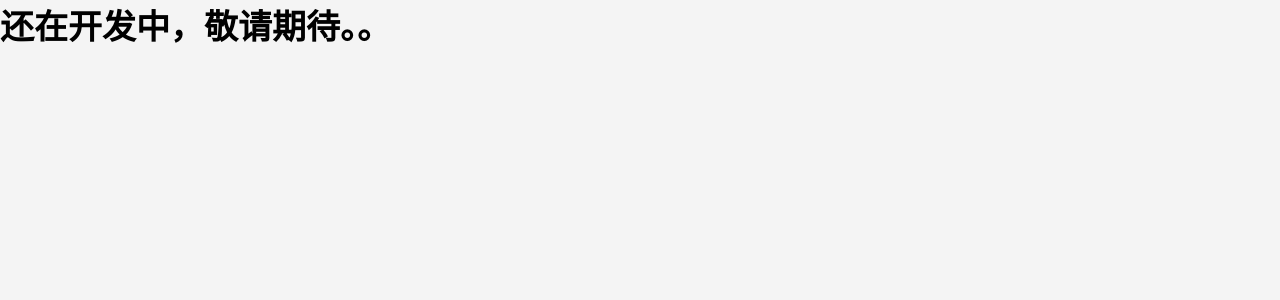
Repository: Ki-Wi-Berry/videos
Page: /#/news (app in bilibili/)
The author's editor kept a copy of each file at every save. The page is drawn from the files as they stood at one save, then again after the next save.
The browser window is 1280 px wide. The pictures show the whole page.
The page's requests for data from a server got no answer. The project was rebuilt for these pictures with package versions that can differ from the ones it lists, and the page was loaded fresh each time. No one was signed in, and anything a server would have sent is missing. Also part of the build but not shown: bilibili/vite.config.ts, bilibili/store.js, bilibili/src/components/home-page/HeadLine.vue, bilibili/src/components/home-page/ContentClassification.vue, bilibili/src/components/home-page/HotVideo.vue, bilibili/src/components/home-page/Advertising.vue, bilibili/src/components/home-page/Home.vue, bilibili/src/utils/index.js and 4 more.

Above is the page before, as saved 2022-03-28 17:34:30.

### bilibili/src/main.js
import { createApp } from 'vue'
import 'element-plus/dist/index.css'
import { ElCarouselItem, ElCarousel, ElButton, ElIcon, ElDropdown, ElDropdownMenu, ElDropdownItem } from 'element-plus'
import { ElForm, ElFormItem, ElInput } from 'element-plus'
import App from './App.vue'
import './index.css'
import router from './router'
import {createPinia}  from 'pinia'

const pinia = createPinia()
const app = createApp(App)

app.use(pinia)
app.use(ElCarouselItem)
app.use(ElCarousel)
app.use(ElButton)
app.use(ElIcon)
app.use(ElDropdown)
app.use(ElDropdownMenu)
app.use(ElDropdownItem)
app.use(router)
app.use(ElForm)
app.use(ElFormItem)
app.use(ElInput)
// app.component('el-button',ElButton);
app.mount('#app')

### bilibili/src/App.vue
<template>
  <router-view></router-view>
</template>

<script setup name= "MyApp">
</script>

### bilibili/src/index.css
*:focus {
  outline: none;
}
*:hover {
  outline: none;
}
* {
  margin: 0;
  padding: 0;
  border: 0;
  /* overflow: hidden; */
  box-sizing: border-box;
}
li {
  list-style: none;
}
a {
  color: #000000;
  text-decoration: none;
}
a:hover span {
  color: #00A1D6;
}
body {
  min-width: 1280px;
  max-width: 1280px;
  width: 100%;
  font: 1.7rem 'Microsoft YaHei';
  background-color: #F4F4F4;
}
body .app {
  display: flex;
  justify-content: center;
  width: 100%;
}
html {
  display: flex;
  justify-content: center;
  font-size: 62.5%;
  transform: scale(1);
}
.content_subdivision_dropdown_menu {
  height: 13rem;
  width: 14rem;
  display: flex;
  flex-direction: column;
  justify-content: start;
  align-items: center;
  flex-wrap: wrap;
  margin: 0;
  padding: 0;
  border: 0;
  background-color: #FFFFFF;
}
.content_subdivision_dropdown_menu .el-dropdown-menu__item {
  font-size: 1.2rem;
  height: 3rem;
  margin: 0;
  border: 0;
}
.content_subdivision_dropdown_menu .el-dropdown-menu__item:hover {
  background-color: #FFFFFF;
  color: #00A1D6;
}

### bilibili/src/router.js
import { createRouter, createWebHashHistory } from "vue-router";

import Home from './components/home-page/Home.vue'
import Login from './components/login/LoginIn.vue'
import News from './components/news/News.vue'

const router =createRouter({
    history:createWebHashHistory(),
    routes:[
        {path:'/',redirect:'/home'},
        {path:'/home',component:Home},
        {path:'/login',component:Login},
        {path:'/news',component:News},
    ]

})

export default router

### bilibili/src/components/news/News.vue
<template>
    <h1>还在开发中，敬请期待。。</h1>
</template>

Loaded but not shown: bilibili/index.html (common file)

After the next save:
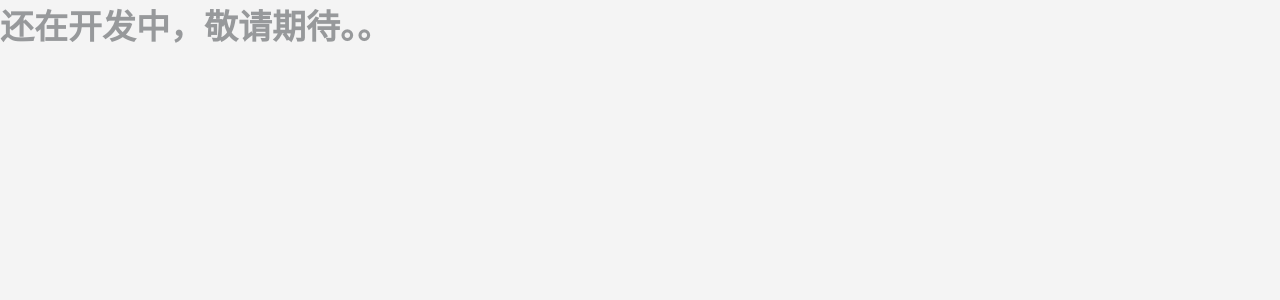
Saved 4 min 32 s later.
--- a/bilibili/src/components/news/News.vue
+++ b/bilibili/src/components/news/News.vue
@@ -1,3 +1,9 @@
 <template>
     <h1>还在开发中，敬请期待。。</h1>
 </template>
+
+<style lang="less" scoped>
+h1{
+    color: rgb(151, 153, 155);
+}
+</style>
